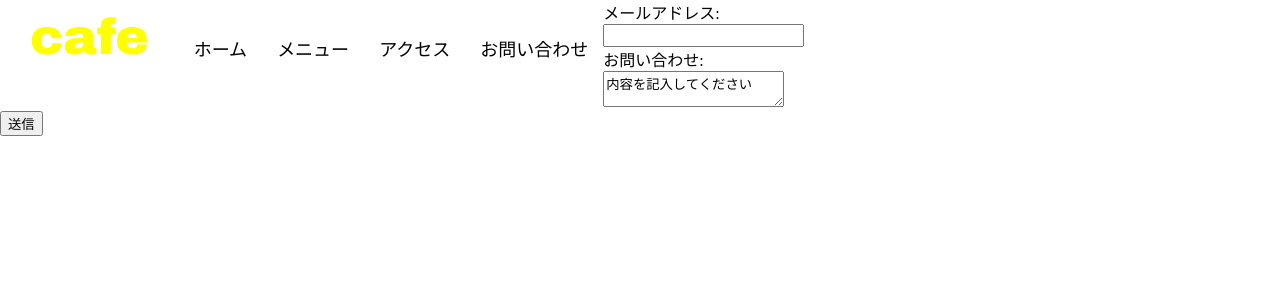
Repository: REO0315/samurai_HTML-CSS
Page: index.html
The author's editor kept a record of every edit. The page is drawn from the files as they stood at one moment, then again after the next edit.
The browser window is 1280 px wide. The pictures show the whole page.

Above is the page before.

After the next edit:
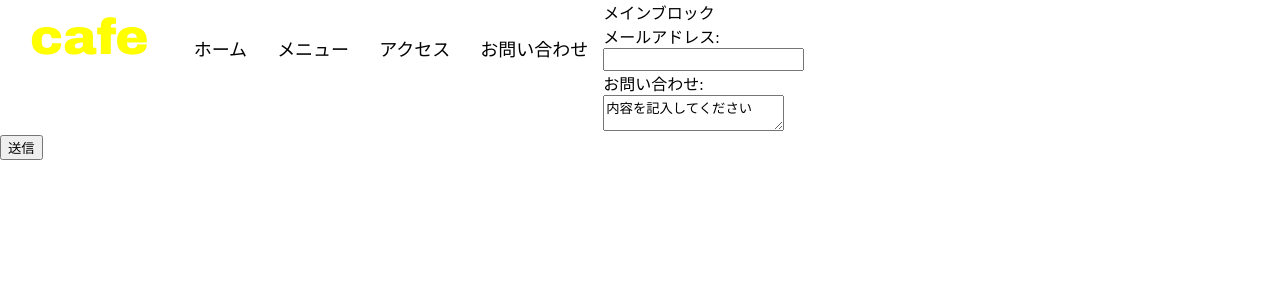
The edit:
--- a/index.html
+++ b/index.html
@@ -21,7 +21,10 @@
 
    </header>
    <main>
-
+    メインブロック
+    <section class="main_visual"></section>
+    <section class="main_side"></section>
+    <section class="main_content"></section>
 
    </main>
 
